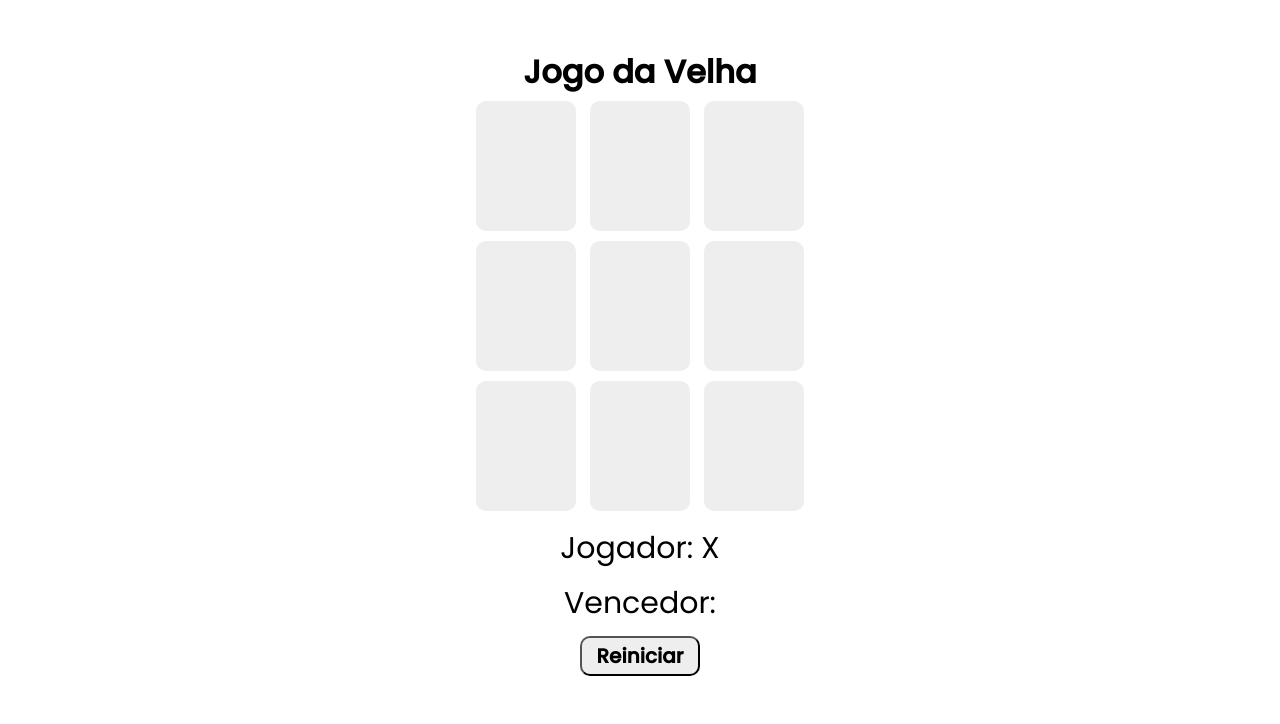
Repository: guilhermecardoso93/jogodavelha
Page: index.html
These files come from the project's save history. The page is drawn as it stood at one moment and after the next save; the edit follows.
The browser window is 1280 px wide. The pictures show the whole page.

Above is the page before, as saved 2023-05-31 22:23:36.

### index.html
<!DOCTYPE html>
<html lang="pt-BR">
  <head>
    <meta charset="UTF-8">
    <meta http-equiv="X-UA-Compatible" content="IE=edge">
    <meta name="viewport" content="width=device-width, initial-scale=1.0">
    <link rel="stylesheet" href="styles.css">
    <title>Jogo da Velha</title>
  </head>
  <body>
    <main>
      <h1>Jogo da Velha</h1>
      <div>
        <div id="1" class="squad" onclick="chooseSquad(this.id)">-</div>
        <div id="2" class="squad" onclick="chooseSquad(this.id)">-</div>
        <div id="3" class="squad" onclick="chooseSquad(this.id)">-</div>
      </div>
      <div>
        <div id="4" class="squad" onclick="chooseSquad(this.id)">-</div>
        <div id="5" class="squad" onclick="chooseSquad(this.id)">-</div>
        <div id="6" class="squad" onclick="chooseSquad(this.id)">-</div>
      </div>
      <div>
        <div id="7" class="squad" onclick="chooseSquad(this.id)">-</div>
        <div id="8" class="squad" onclick="chooseSquad(this.id)">-</div>
        <div id="9" class="squad" onclick="chooseSquad(this.id)">-</div>
      </div>
      <div class="player">
        <label>Jogador:</label>
        <label id="player-select"></label>
      </div>
      <div class="winner">
        <label>Vencedor:</label>
        <label id="winner-player"></label>
      </div>
      <div>
        <button type="button" id="reiniciarButton">Reiniciar</button>
      </div>
    </main>
    <script src="script.js"></script>
  </body>
</html>

### styles.css
@import url("https://fonts.googleapis.com/css2?family=Poppins:wght@400;500&display=swap");

* {
  margin: 0;
  padding: 0;
  box-sizing: border-box;
  font-family: "Poppins", sans-serif;
}

body {
  margin: 3rem;
  text-align: center;
}

.squad {
  display: inline-block;
  padding: 20px;
  margin: 5px;
  width: 100px;

  text-align: center;
  color: #eee;
  font-size: 60px;
  background-color: #eee;
  cursor: pointer;
  border-radius: 10px;
}

.player,
.winner {
  font-size: 30px;
  margin-top: 10px;
}

button {
  width: 120px;
  height: 40px;
  margin-top: 10px;
  background-color: #eee;
  cursor-pointer: pointer;
  border-radius: 10px;
  font-size: 20px;
  text-align: center;
  justify-content: center;
  font-weight: bold;
}

button:hover {
  color: #eee;
  background-color: #000000;
}

### script.js
var player, winner = null;
const playerSelected = document.getElementById("player-select");
const allSquad = document.getElementsByClassName("squad");

changePlayer("X");

function chooseSquad(id) {
  var squad = document.getElementById(id);

  if (squad.innerHTML !== "-") {
    return;
  }

  squad.innerHTML = player;
  squad.style.color = "#000000";

  if (player === "X") {
    player = "O";
    squad.style.backgroundColor = "#e233";
  } else {
    player = "X";
    squad.style.backgroundColor = "#9ff3ff";
  }

  changePlayer(player);
}

function changePlayer(value) {
  player = value;
  playerSelected.innerHTML = player;
}

function checkingWinner() {
  var squad1 = document.getElementById(1);
  var squad2 = document.getElementById(2);
  var squad3 = document.getElementById(3);
  var squad4 = document.getElementById(4);
  var squad5 = document.getElementById(5);
  var squad6 = document.getElementById(6);
  var squad7 = document.getElementById(7);
  var squad8 = document.getElementById(8);
  var squad9 = document.getElementById(9);

  if(checkSession(squad1, squad2, squad3)) {

  }
}

function changeWinnerName(squad) {

}


function changeBackSquad() {
  squad1.style.backgroundColor = "#7efa6b";
  squad2.style.backgroundColor = "#7efa6b";
  squad3.style.backgroundColor = "#7efa6b";
}




function checkSession(squad1, squad2, squad3) {
  const equal = false;

  if(squad1.innerHTML !== '-' && squad1.innerHTML === squad2.innerHTML && squad2.innerHTML === squad3.innerHTML) {
    equal = true;
  }

  return equal;
}

After the next save:
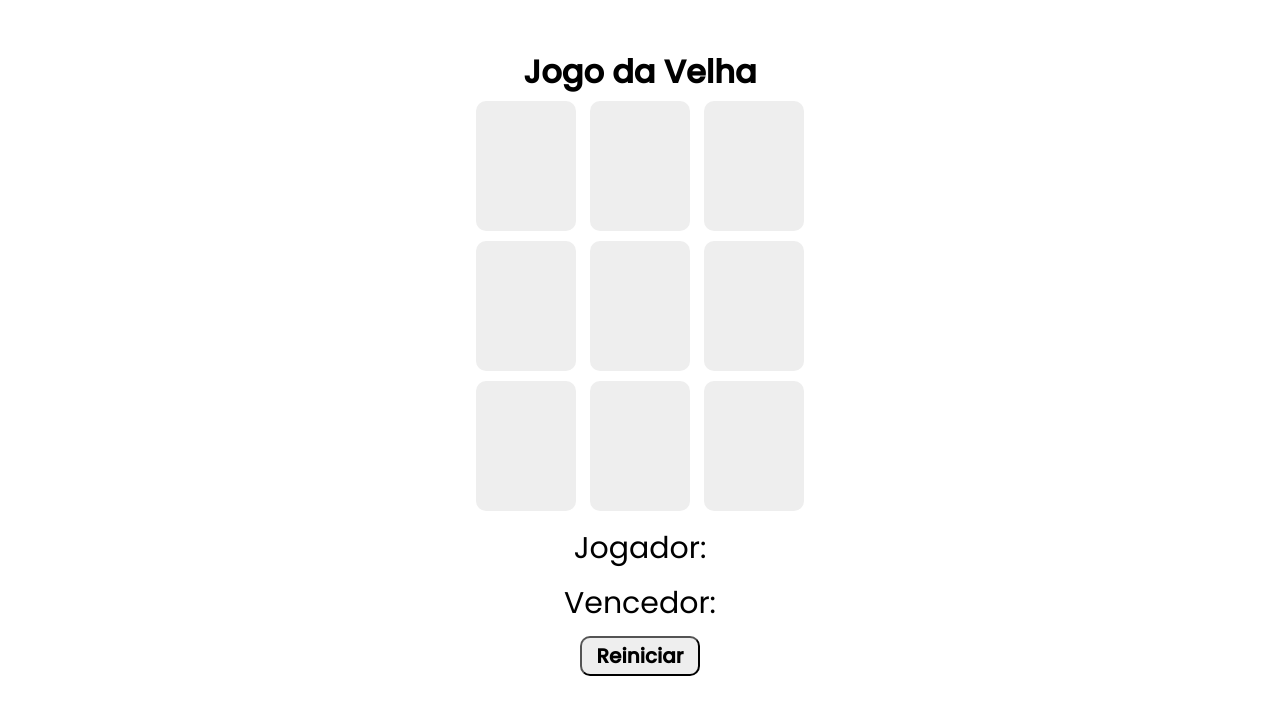
Console error: SyntaxError: Unexpected token '}'
Saved 58 s later.
--- a/script.js
+++ b/script.js
@@ -1,5 +1,6 @@
 var player, winner = null;
 const playerSelected = document.getElementById("player-select");
+const winnerPlayer = document.getElementById("winner-player");
 const allSquad = document.getElementsByClassName("squad");
 
 changePlayer("X");
@@ -47,7 +48,7 @@
 }
 
 function changeWinnerName(squad) {
-
+  winner = squad.
 }
 
 

After the save that followed:
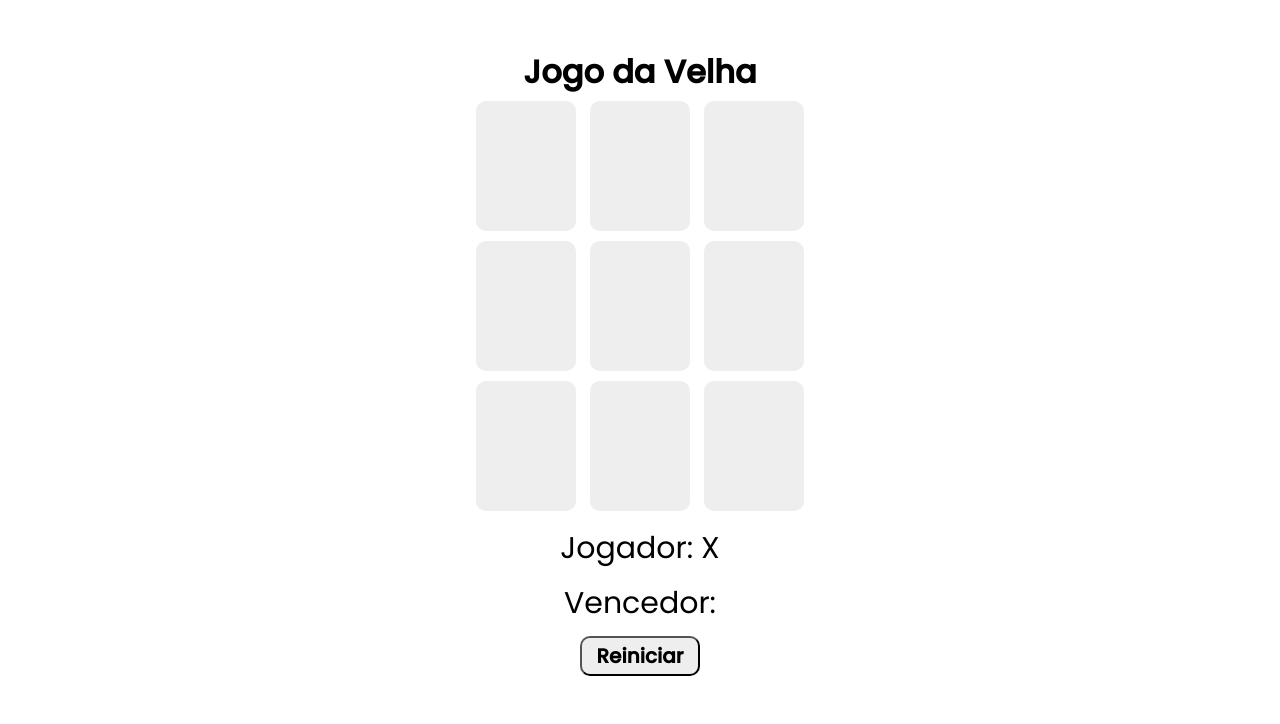
The error is gone.
Saved 39 s later.
--- a/script.js
+++ b/script.js
@@ -48,7 +48,8 @@
 }
 
 function changeWinnerName(squad) {
-  winner = squad.
+  winner = squad.innerHTML
+  winnerPlayer.innerHTML = winner
 }
 
 
